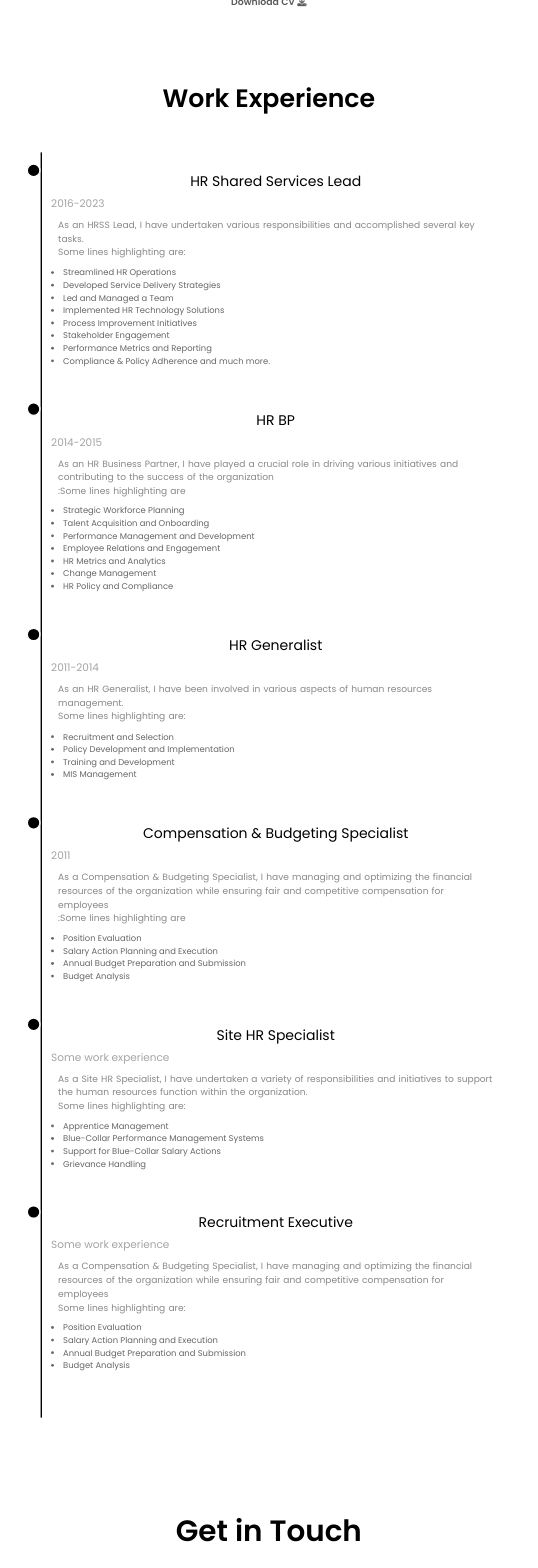
Repository: xoshiraghavx/Niharika-portfolio
Page: index.html
The author's editor kept a copy of each file at every save. The page is drawn from the files as they stood at one save, then again after the next save.
The browser window is 768 px wide. The pictures show the part of the page from y = 1439 to 3679 px (the page is 4187 px tall), at 70% of full size.
Some web libraries are served in a nearby version.

Above is the page before, as saved 2023-06-16 11:09:48.

### index.html
<!DOCTYPE html>
<html lang="en">
<head>
    <meta charset="UTF-8">
    <meta http-equiv="X-UA-Compatible" content="IE=edge">
    <meta name="viewport" content="width=device-width, initial-scale=1.0">
    <title>Niharika Singh | Portfolio</title>
    <link rel="stylesheet" href="../css/index.css">
    <link rel="preconnect" href="https://fonts.googleapis.com">
<link rel="preconnect" href="https://fonts.gstatic.com" crossorigin>
<link href="https://fonts.googleapis.com/css2?family=Poppins:wght@100;200;300;400;600;700&family=Righteous&display=swap" rel="stylesheet">
<link rel="stylesheet" href="https://stackpath.bootstrapcdn.com/font-awesome/4.7.0/css/font-awesome.min.css">
<link rel="stylesheet" href="./css/particle.css">
<link href="https://unpkg.com/aos@2.3.1/dist/aos.css" rel="stylesheet">
<link rel="icon" href="./img/image.jpg">

</head>
<body>
    <section class="header" id="head">
        <div id="particles-js">
        <nav>
            <div class="logo">
                <h2>NS</h2>
            </div>
            <div class="nav-links" id="navLinks">
                <i class="fa fa-times" onclick="hideMenu()"></i>
                <ul>
                    <li><a href="#head">HOME</a></li>
                    <li><a href="#about">ABOUT</a></li>
                    <li><a href="#work">WORK</a></li>
                    <li><a href="#contact">CONTACT</a></li>
                </ul>
            </div>
            <div class="social">
                    <div><a href="https://www.linkedin.com/in/niharika-singh-54130b13/" target="_blank"><i class="fa-brands fa-linkedin"></i></a></div>
                    <div><a href="https://www.facebook.com/people/Niharika-Singh/pfbid0zDJLjq1fehJWAvFLc7zkpJ6FsEs1uDxExLjwh94ZH389RFf4Q5YAZHgxJCLQanLsl/" target="_blank"><i class="fa-brands fa-facebook"></i></a></div>
                    <div><a href="https://www.instagram.com/niharika14042012/" target="_blank"><i class="fa-brands fa-instagram"></i></a></div>
            </div>
        </nav>

        <div id="home"data-aos="zoom-in" data-aos-duration="1000">
            <div class="img">
                <p style="color: #c5c1c1; font-weight: 600;">Hello, I'm</p>
            </div>
            <h1 class="hh1">NIHARIKA SINGH</h1>
            <div class="p1"data-aos="fade-in" data-aos-delay="1300"data-aos-duration="1000">
                <p>As an HR professional, I nurture a harmonious and productive workforce.</p>
            </div>
            <div class="container">
                <a href="#about">
                <div class="field" >
                    <div class="mouse"></div>
                </div>
            </a>
            </div>
    </div>
    </section>

<!-- ---------About----------------- -->
<section class="about-us" id="about">
    <div class="row1">
        <div class="about-col">
            <h1>About me</h1>
            <p>Lorem ipsum dolor sit amet consectetur adipisicing elit. Voluptates unde necessitatibus consectetur aut, quisquam at, dolorem, deleniti deserunt a error officia? Quas, quos. Nemo assumenda fugiat dolore ad illo soluta.Lorem ipsum dolor sit amet consectetur adipisicing elit. Voluptates unde necessitatibus consectetur aut, quisquam at, dolorem, deleniti deserunt a error officia? Quas, quos. Nemo assumenda fugiat dolore</p>
        </div>
    </div>
    <div class="bar">
        <div class="count">
            <div class="exp">
                <h1>17+</h1>
            </div>
            <div class="exp_name">
                <h4>Years</h4>
            </div>
        </div>
        <div class="count">
            <div class="exp">
                <h1>5</h1>
            </div>
            <div class="exp_name">
                <h4>Domain of HR</h4>
            </div>
        </div>
        <div class="count">
            <div class="exp">
                <h1>2</h1>
            </div>
            <div class="exp_name">
                <h4>Green Field Project </h4>
            </div>
        </div>
        <div class="count">
            <div class="exp">
                <h1>10+</h1>
            </div>
            <div class="exp_name">
                <h4>Processes </h4>
            </div>
        </div>
    </div>
    <div class="skills">
        <ul>
            <li>HR Shared Services setup</li>
            <li>Expat Management</li>
            <li>Global Center Setup</li>
        </ul>
        <ul>
            <li>HR Transformation & Digitization</li>
            <li>ERP enablement & Integration</li>
            <li>Process Simplification</li>
        </ul>
    </div>
    <div class="cv">
        <button><a href="./img/CV-Niharika Singh.pdf">Download CV </a><i class="fa fa-download"></i></button>
    </div>
</section>
<!-- ------------Timeline------------- -->
<section id="work">
    <h1>Work Experience</h1>
    <div class="timeline">
            <div class="timeline-block timeline-block-right">
               <div class="marker"></div>
               <div class="timeline-content">
                  <h3>HR Shared Services Lead </h3>
                  <span>2016-2023</span>
                  <p>As an HRSS Lead, I have undertaken various responsibilities and accomplished several key tasks.
                    <br>Some lines highlighting are:
                    <li>Streamlined HR Operations</li>
                    <li>Developed Service Delivery Strategies</li>
                    <li>Led and Managed a Team</li>
                    <li>Implemented HR Technology Solutions</li>
                    <li>Process Improvement Initiatives</li>
                    <li>Stakeholder Engagement</li>
                    <li>Performance Metrics and Reporting</li>
                    <li>Compliance & Policy Adherence and much more.</li>  </p>
               </div>
            </div>
            <div class="timeline-block timeline-block-left">
               <div class="marker"></div>
               <div class="timeline-content">
                  <h3>HR BP</h3>
                  <span>2014-2015</span>
                  <p>As an HR Business Partner, I have played a crucial role in driving various initiatives and contributing to the success of the organization
                    <br>:Some lines highlighting are
                    <li>Strategic Workforce Planning</li>
                    <li>Talent Acquisition and Onboarding</li>
                    <li>Performance Management and Development</li>
                    <li>Employee Relations and Engagement</li>
                    <li>HR Metrics and Analytics</li>
                    <li>Change Management</li>
                    <li>HR Policy and Compliance</li></p>
               </div>
            </div>
            <div class="timeline-block timeline-block-right">
                <div class="marker"></div>
                <div class="timeline-content">
                   <h3>HR Generalist</h3>
                   <span>2011-2014</span>
                   <p>As an HR Generalist, I have been involved in various aspects of human resources management.
                    <br>Some lines highlighting are:
                    <li>Recruitment and Selection</li>
                    <li>Policy Development and Implementation</li>
                    <li>Training and Development</li>
                    <li>MIS Management</li> </p>
                </div>
             </div>
            <div class="timeline-block timeline-block-left">
               <div class="marker"></div>
               <div class="timeline-content">
                  <h3>Compensation & Budgeting Specialist </h3>
                  <span>2011</span>
                  <p>As a Compensation & Budgeting Specialist, I have managing and optimizing the financial resources of the organization while ensuring fair and competitive compensation for employees
                    <br>:Some lines highlighting are
                    <li>Position Evaluation</li>
                    <li>Salary Action Planning and Execution</li>
                    <li>Annual Budget Preparation and Submission</li>
                    <li>Budget Analysis</li> </p>
               </div>
            </div>

            <div class="timeline-block timeline-block-right">
               <div class="marker"></div>
               <div class="timeline-content">
                  <h3>Site HR Specialist </h3>
                  <span>Some work experience</span>
                  <p>As a Site HR Specialist, I have undertaken a variety of responsibilities and initiatives to support the human resources function within the organization.
                    <br>Some lines highlighting are:
                    <li>Apprentice Management</li>
                    <li>Blue-Collar Performance Management Systems</li>
                    <li>Support for Blue-Collar Salary Actions</li>
                    <li>Grievance Handling</li> </p>
               </div>
            </div>

            <div class="timeline-block timeline-block-left">
               <div class="marker"></div>
               <div class="timeline-content">
                  <h3>Recruitment Executive </h3>
                  <span>Some work experience</span>
                  <p>As a Compensation & Budgeting Specialist, I have managing and optimizing the financial resources of the organization while ensuring fair and competitive compensation for employees
                    <br>Some lines highlighting are:
                    <li>Position Evaluation</li>
                    <li>Salary Action Planning and Execution</li>
                    <li>Annual Budget Preparation and Submission</li>
                    <li>Budget Analysis</li> </p>
               </div>
            </div>
    </div>
</section>
<section class="contact-us" id="contact">
    <h1>Get in Touch
    </h1>
    <div class="row">
        <div class="contact-col">
            <div>
                 <i class="fa fa-phone"></i>
                 <span>
                     <h5><a href="tel: +918178788527">+91 8826795109</a></h5>
                     <p>Monday to Friday, 10AM to 6PM</p>
                 </span>
            </div>
            <div>
                 <i class="fa fa-envelope-o"></i>
                 <span>
                     <h5><a href="mailto: niharika14042012@gmail.com ">niharika14042012@gmail.com</a></h5>
                     <p>Email your query</p>
                 </span>
            </div>
            <div>
                <i class="fa fa-home"></i>
                <span>
                    <h5><a href="https://www.google.com/maps/place/Greater+Noida,+Uttar+Pradesh/@28.4985622,77.3511809,11z/data=!3m1!4b1!4m6!3m5!1s0x390cea64b8f89aef:0xec0ccabb5317962e!8m2!3d28.4743879!4d77.5039904!16zL20vMGN3OXEy?entry=ttu" target="_blank">Greater Noida</a></h5>
                    <p>UP, India</p>
                </span>
           </div>
        </div>
        <div class="contact-col">
            <form action="https://formcarry.com/s/P6GKrEghsf" method="POST" accept-charset="UTF-8">
                <input type="text" name="name" placeholder="Enter your name" required>
                <input type="email" name="email" placeholder="Enter your email address" required>
                <input type="text" name="subject" placeholder="Enter your subject" required>
                <textarea rows="8" name="message" placeholder="Message" required></textarea>
                <button type="submit" class="hero-btn">Send Message</button>
            </form>
        </div>
    </div>
</section>
<!-- --------footer--------- -->
<section class="footer">
    <p style="text-align: center;">Developed with by <a href="https://www.linkedin.com/in/oshiraghav/" target="_blank">Oshi Raghav</a></p>
</section>

<!-- ---------------javascript----------------->
    	<script src=
		"particles.js-master/particles.js">
	</script>
	<script src=
		"/particles.js-master/demo/js/app.js">
	</script>
     <script src="https://unpkg.com/aos@2.3.1/dist/aos.js"></script>
    <script>
     AOS.init();
    </script>
    <script src="https://kit.fontawesome.com/b6191824ce.js" crossorigin="anonymous"></script>
</body>
</html>

### css/index.css
*{
    margin: 0;
    padding: 0;
    font-family: 'poppins', sans-serif;
    scroll-behavior: smooth;
}
.header{
    min-height: 100vh;
    width: 100%;
}
h3{
    color: #000;
}
nav{
    display: flex;
    padding: 1rem 0rem;
    background: #ffffff;
    justify-content: space-around;
    align-items: center;
    position: fixed;
    width: 100%;
    backdrop-filter: blur(3px);
    z-index: 2;
}
.logo{
    background: #000;
    color: #ffffff;
    border-radius: 100%;
    padding: 5pt 6pt;
}
.nav-links ul li{
    list-style: none;
    display: inline-block;
    padding: 8px 12px;
    position: relative;
}
.nav-links ul li a{
    color: #000000;
    text-decoration: none;
    font-size: 13px;
}
.nav-links ul li::after{
    content: '';
    width: 0%;
    height: 2px;
    background: #000000;
    display: block;
    margin: auto;
    transition: 0.5s;
}
.nav-links ul li:hover::after{
    width: 100%;
}
.social{
    display: grid;
    grid-template-columns: auto auto auto auto;
    column-gap: 15px;
    font-size: 1.2rem;
    color: #000000;
}
.social a{
    color: #000;
}
.social:hover{
    cursor: pointer;
}
#home{
    position: absolute;
    text-align: center;
    width: 100%;
    margin-top: 250px;
    color: #ffffff;
}
.hh1{
    font-size: 4em;
}
#home p{
    padding-top: .5rem;
    font-size: 1rem;
    color: #c5c1c1;
}
.container {
	width: 100%;
	height: 100%;
	display: flex;
	align-items: center;
	justify-content: center;
    padding-top: 10rem;
}
.field:hover{
    cursor: pointer;
}

.field {
	display: flex;
	align-items: center;
	justify-content: space-around;
}

.mouse {
	width: 30px;
	height: 50px;
	border: 3px solid #ffffff;
	border-radius: 60px;
	position: relative;
	&::before {
		content: '';
		width: 8px;
		height: 8px;
		position: absolute;
		top: 10px;
		left: 50%;
		transform: translateX(-50%);
		background-color: #ffffff;
		border-radius: 50%;
		opacity: 1;
		animation: wheel 2s infinite;
		-webkit-animation: wheel 2s infinite;
	}
}
@keyframes wheel {
	to {
		opacity: 0;
		top: 30px;
	}
}

@-webkit-keyframes wheel {
	to {
		opacity: 0;
		top: 60px;
	}
}
nav .fa{
    display: none;
}
.hero-btn{
    display: inline-block;
    text-decoration: none;
    color: #fff;
    border: 1px solid #000000;
    padding: 12px 34px;
    font-size: 13px;
    background-color: #000;
    position: relative;
    cursor: pointer;
}
.hero-btn:hover{
    border: 1px solid #000000;
    background: #fff;
    color: #000;
    transition: 1s;
}
@media(max-width: 700px){
    .nav-links{
        display: none;
    }
}
.course{
    width: 80%;
    margin: auto;
    text-align: center;
    padding-top: 80px;
}
h1{
    font-size: 36px;
    font-weight: 600;
    text-align: center;
}
p{
    color: #777;
    font-size: 300;
    line-height: 22px;
    padding: 10px;
}
.row{
    margin-top: 5%;
    display: flex;
    justify-content: space-between;
}
.course-col{
    flex-basis: 31%;
    background: #fff3f3;
    border-radius: 10px;
    margin-bottom: 5%;
    padding: 20px 12px;
    box-sizing: border-box;
    transition: 0.5s;
}
h3{
    text-align: center;
    font-weight: 600;
    margin: 10px 0px;
}
.course-col:hover{
    box-shadow: rgba(241, 128, 128, 0.25) 0px 54px 55px, rgba(233, 177, 177, 0.12) 0px -12px 30px, rgba(238, 209, 209, 0.12) 0px 4px 6px, rgba(230, 100, 100, 0.17) 0px 12px 13px, rgba(250, 27, 27, 0.09) 0px -3px 5px;
}
@media(max-width: 700px){
    .row{
        flex-direction: column;
    }
}
/*  --------facilities--------*/
 .timeline {
    width: 80%;
    padding: 1rem 0;
    margin: 50px auto;
    position: relative;
    overflow: hidden;
 }
 .timeline:before {
    content: '';
    position: absolute;
    top: 0;
    left: 50%;
    margin-left: -1px;
    width: 2px;
    height: 100%;
    background: #000000;
    z-index: 1
 }
 .timeline-block {
    width: -webkit-calc(50% + 8px);
    width: -moz-calc(50% + 8px);
    width: calc(50% + 8px);
    display: -webkit-box;
    display: -webkit-flex;
    display: -moz-box;
    display: flex;
    -webkit-box-pack: justify;
    -webkit-justify-content: space-between;
    -moz-box-pack: justify;
    justify-content: space-between;
    clear: both;
 }
 .timeline-block-right {
    float: right;
 }
 .timeline-block-left {
    float: left;
    direction: rtl
 }
 .marker {
    width: 16px;
    height: 16px;
    border-radius: 50%;
    border: 2px solid #ffffff;
    background: #000000;
    z-index: 1
 }

 .timeline-content {
    width: 95%;
    padding: 0 15px;
    color: #666
 }

 .timeline-content h3 {
    margin-bottom: 5px;
    font-size: 20px;
    font-weight: 500
 }

 .timeline-content span {
    font-size: 15px;
    color: #a4a4a4;
 }

 .timeline-content p {
    font-size: 13px;
    line-height: 1.5em;
    word-spacing: 1px;
    color: #888;
 }


 @media screen and (max-width: 768px) {
    /* .container:before {
       left: 8px;
       width: 100%;
    } */
    .timeline-block {
       width: 100%;
       margin-bottom: 30px;
    }
    .timeline-block-right {
       float: none;
    }

    .timeline-block-left {
       float: none;
       direction: ltr;
    }
    .timeline{
        width: 90%;
    }
    .timeline:before {
        content: '';
        position: absolute;
        top: 0;
        left: 3%;
        margin-left: -1px;
        width: 2px;
        height: 100%;
        background: #000000;
        z-index: 1
     }
 }

/* -------about us page------- */
.about-us{
    width: 50%;
    margin: auto;
    padding-top: 100px;
    padding-bottom: 100px;
}
.about-col{
    flex-basis: 48%;
    text-align: center;
    padding: 10px 2px;
}
.about-col p{
    padding: 15px 0 25px;
}
.about-col h1{
    font-size: 4em;
}
.bar{
    display: flex;
    justify-content: space-between;
    text-align: center;
}
.count{
    display: grid;
    /* flex-direction: column;
    justify-content: center; */
}
.skills{
    display: flex;
    justify-content: space-around;
    padding-top: 3rem;
}
.cv{
    display: flex;
    justify-content: center;
    padding-top: 3rem;
}
.cv button{
    background-color: transparent;
    border: none;
}
.cv button a{
    text-decoration: none;
    color: #5d5c5c;
    font-weight: 600;
}
.cv .fa{
    color: #5d5c5c;
}
.cv :hover{
    color: #000000;
    cursor: pointer;
}
@media(max-width: 700px){
    .about-us{
        width: 90%;
        margin-top: -15%;
    }
    .about-col h1{
        font-size: 3em;
    }
    .bar{
        display: grid;
        grid-template-columns: 1fr 1fr;
    }
    .skills{
        display: grid;
        padding-left: 10%;
    }
    .cv button{
        font-size: 1rem;
        margin-top: -5%;
    }
}
/* ----contact us----- */
.location{
    width: 80%;
    margin: auto;
    padding: 80px 0;
}
.location iframe{
    width: 100%;
}
.contact-us{
    width: 80%;
    margin: auto;
    padding-top: 80px;
}
.contact-us h1{
    font-size: 3.5em;
}
.contact-col{
    flex-basis: 48%;
    margin-bottom: 30px;
}
.contact-col div{
    display: flex;
    align-items: center;
    margin-bottom: 50px;
}
.contact-col div .fa{
    font-size: 20px;
    color: #000000;
    margin: 10px;
    margin-right: 30px;
}
.contact-col a{
    text-decoration: none;
    color: #000;
}
.contact-col div p{
    padding: 0;
}
.contact-col div h5{
    font-size: 15px;
    margin-bottom: 4px;
    color: #000000;
    font-weight: bold;
}
.contact-col input, .contact-col textarea{
    width: 100%;
    padding: 10px;
    margin-bottom: 17px;
    outline: none;
    border: 1px solid #ccc;
    box-sizing:border-box ;
}

.footer a{
    text-decoration: none;
    color: #000000;
}
@media(max-width: 700px){
    .contact-col div{
        margin-bottom: 20px;
    }
    .contact-col{
        margin-bottom: 10px;
    }
}

### css/particle.css
/* ---- reset ---- */

body {
    margin: 0;
    font:normal 75% Arial, Helvetica, sans-serif;
  }

  canvas {
    display: block;
    vertical-align: bottom;
  }

  /* ---- particles.js container ---- */

  #particles-js {
    position: absolute;
    width: 100%;
    height: 100vh;
    background-color: #000000;
  }

  /* ---- stats.js ---- */

  .count-particles{
    background: #ff0000;
    position: absolute;
    top: 48px;
    left: 0;
    width: 80px;
    color: #13E8E9;
    font-size: .8em;
    text-align: left;
    text-indent: 4px;
    line-height: 14px;
    padding-bottom: 2px;
    font-family: Helvetica, Arial, sans-serif;
    font-weight: bold;
  }

  .js-count-particles{
    font-size: 1.1em;
  }

  #stats,
  .count-particles{
    -webkit-user-select: none;
  }

  #stats{
    border-radius: 3px 3px 0 0;
    overflow: hidden;
  }

  .count-particles{
    border-radius: 0 0 3px 3px;
  }

### particles.js-master/demo/js/app.js
/* -----------------------------------------------
/* How to use? : Check the GitHub README
/* ----------------------------------------------- */

/* To load a config file (particles.json) you need to host this demo (MAMP/WAMP/local)... */
/*
particlesJS.load('particles-js', 'particles.json', function() {
  console.log('particles.js loaded - callback');
});
*/

/* Otherwise just put the config content (json): */

particlesJS('particles-js',

  {
    "particles": {
      "number": {
        "value": 80,
        "density": {
          "enable": true,
          "value_area": 800
        }
      },
      "color": {
        "value": "#ffffff"
      },
      "shape": {
        "type": "circle",
        "stroke": {
          "width": 0,
          "color": "#000000"
        },
        "polygon": {
          "nb_sides": 5
        },
        "image": {
          "src": "img/github.svg",
          "width": 100,
          "height": 100
        }
      },
      "opacity": {
        "value": 0.5,
        "random": false,
        "anim": {
          "enable": false,
          "speed": 1,
          "opacity_min": 0.1,
          "sync": false
        }
      },
      "size": {
        "value": 5,
        "random": true,
        "anim": {
          "enable": false,
          "speed": 40,
          "size_min": 0.1,
          "sync": false
        }
      },
      "line_linked": {
        "enable": true,
        "distance": 150,
        "color": "#ffffff",
        "opacity": 0.4,
        "width": 1
      },
      "move": {
        "enable": true,
        "speed": 6,
        "direction": "none",
        "random": false,
        "straight": false,
        "out_mode": "out",
        "attract": {
          "enable": false,
          "rotateX": 600,
          "rotateY": 1200
        }
      }
    },
    "interactivity": {
      "detect_on": "canvas",
      "events": {
        "onhover": {
          "enable": true,
          "mode": "repulse"
        },
        "onclick": {
          "enable": true,
          "mode": "push"
        },
        "resize": true
      },
      "modes": {
        "grab": {
          "distance": 400,
          "line_linked": {
            "opacity": 1
          }
        },
        "bubble": {
          "distance": 400,
          "size": 40,
          "duration": 2,
          "opacity": 8,
          "speed": 3
        },
        "repulse": {
          "distance": 200
        },
        "push": {
          "particles_nb": 4
        },
        "remove": {
          "particles_nb": 2
        }
      }
    },
    "retina_detect": true,
    "config_demo": {
      "hide_card": false,
      "background_color": "#b61924",
      "background_image": "",
      "background_position": "50% 50%",
      "background_repeat": "no-repeat",
      "background_size": "cover"
    }
  }

);

Loaded but not shown: particles.js-master/particles.js (common file)

After the next save:
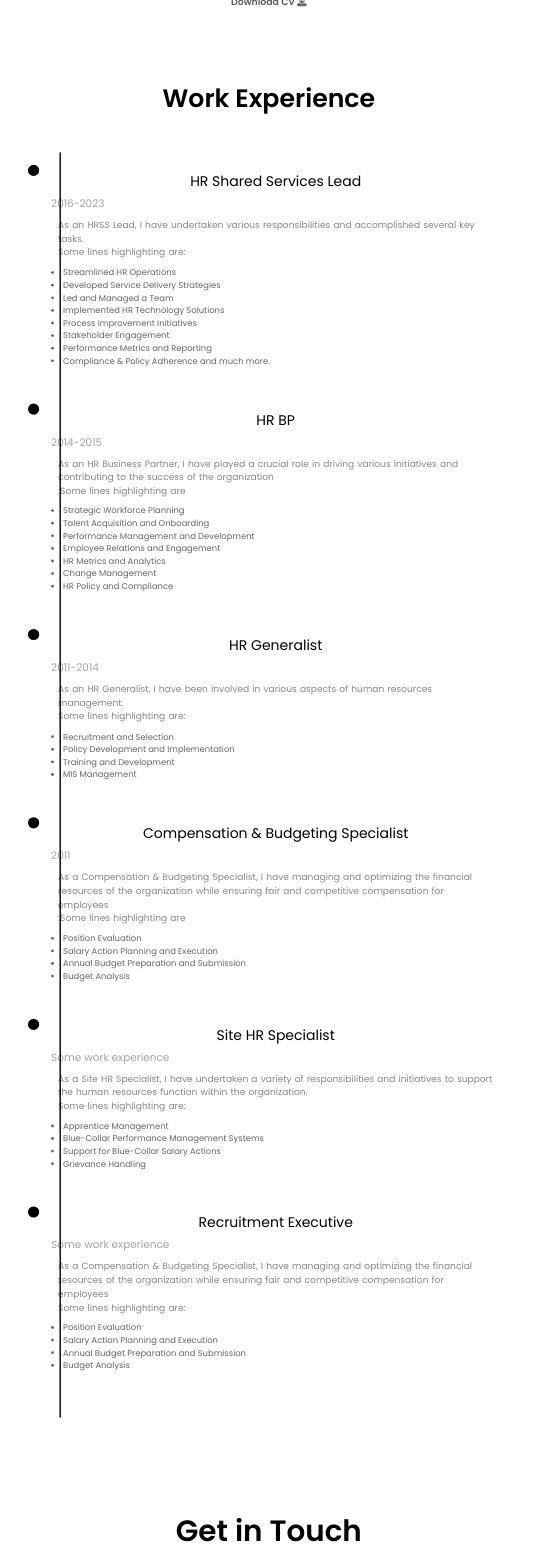
Saved 59 s later.
--- a/css/index.css
+++ b/css/index.css
@@ -298,7 +298,7 @@
         content: '';
         position: absolute;
         top: 0;
-        left: 3%;
+        left: 3rem;
         margin-left: -1px;
         width: 2px;
         height: 100%;
